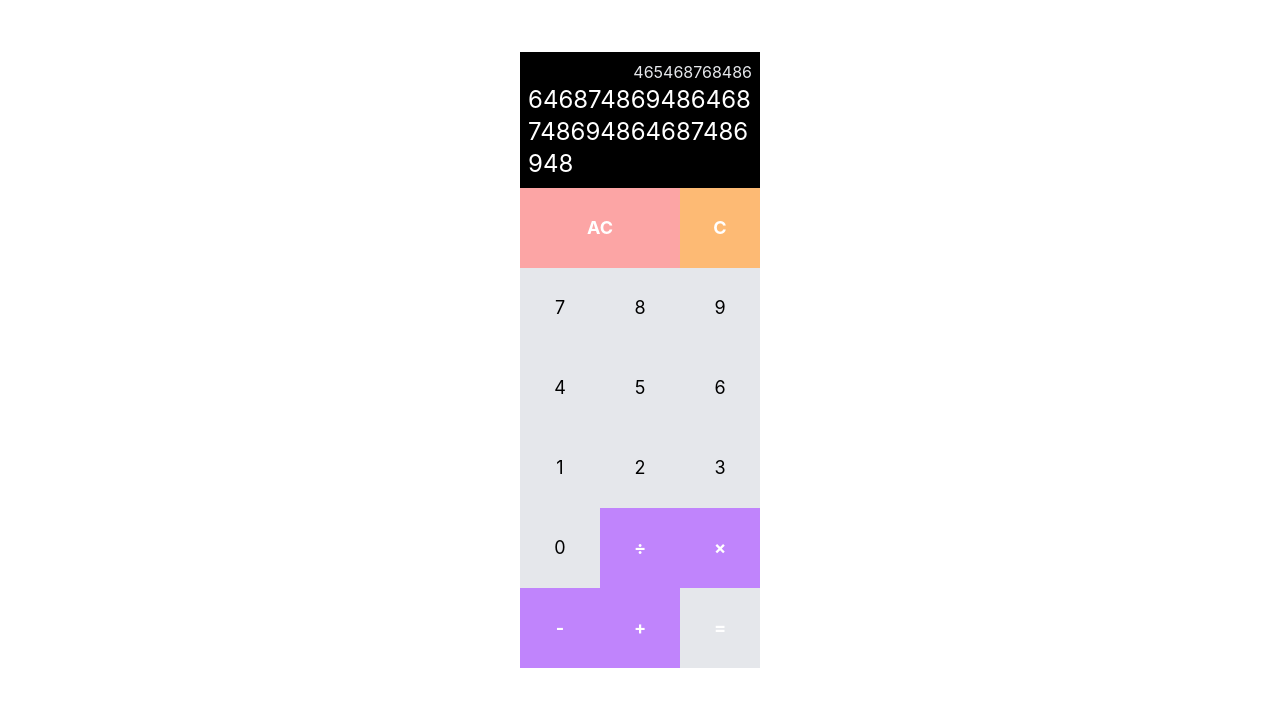
Repository: BrianPhamDev/calculator_app
Page: /
The author's editor kept a copy of each file at every save. The page is drawn from the files as they stood at one save, then again after the next save.
The browser window is 1280 px wide. The pictures show the whole page.
The project was rebuilt for these pictures with package versions that can differ from the ones it lists, and the page was loaded fresh each time. Also part of the build but not shown: vite.config.js.

Above is the page before, as saved 2024-01-09 14:41:37.

After the next save:
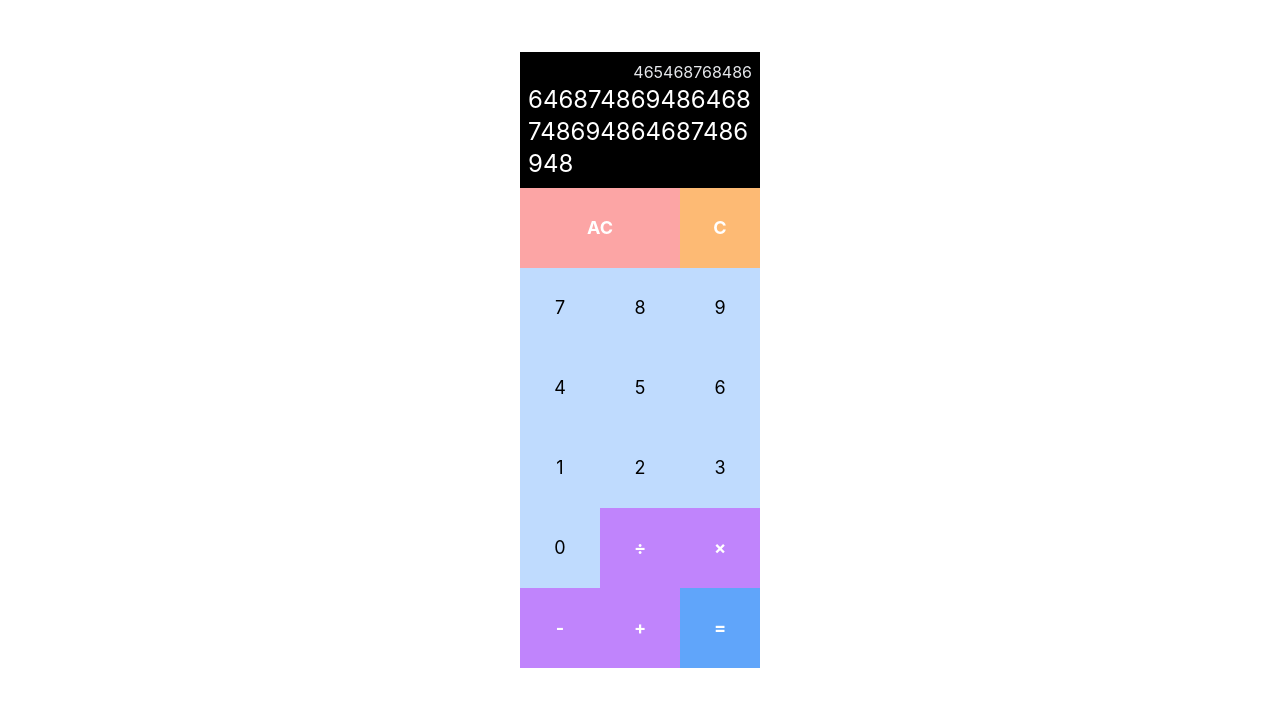
Saved 7 s later.
--- a/src/components/Calculator.jsx
+++ b/src/components/Calculator.jsx
@@ -27,7 +27,7 @@ const Calculator = () => {
           return (
             <div
               key={button.className}
-              className={`bg-gray-200 flex items-center justify-center w-20 h-20 hover:bg-blue-300 text-lg  ${
+              className={`bg-blue-200 flex items-center justify-center w-20 h-20 hover:bg-slate-300 text-lg  ${
                 specialClasses[button.className] || ""
               }
               ${specialTypes[button.type] || ""}`}
